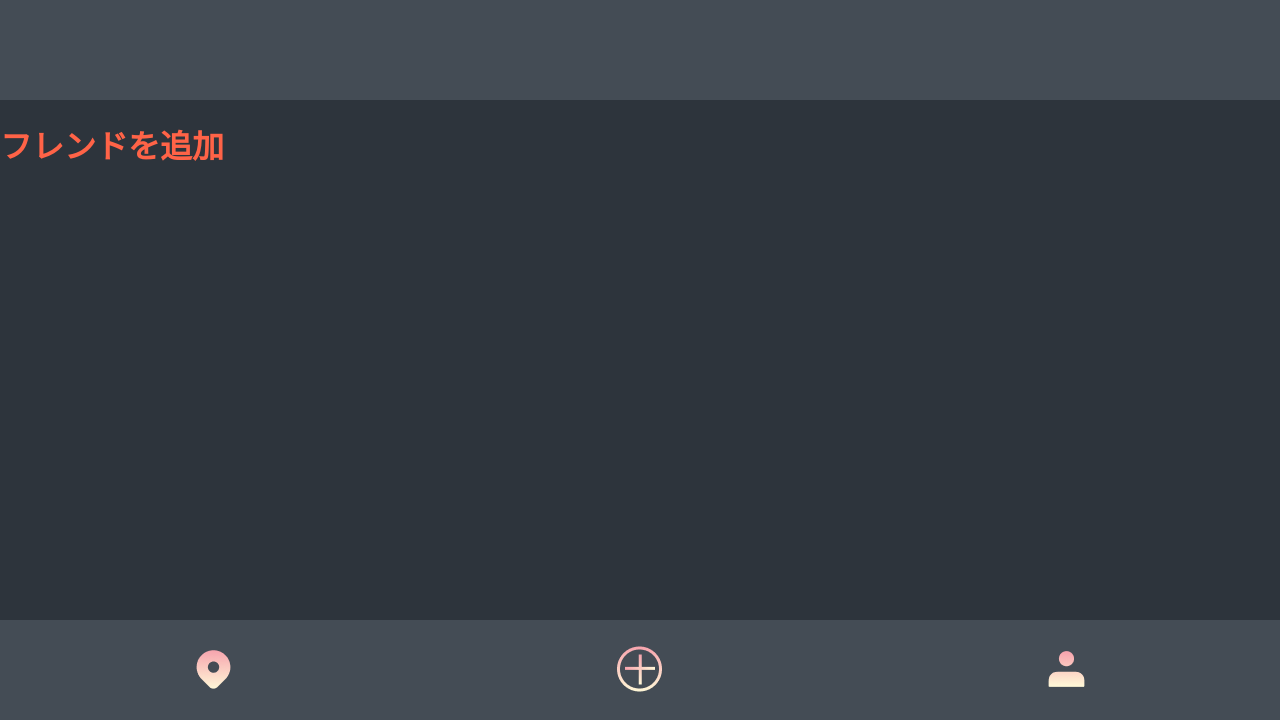
Repository: ren0714poo/respos
Page: addition.html
An editor plug-in stored every save of this project. The page is shown before and after the next save, followed by the edit.
The browser window is 1280 px wide. The pictures show the whole page.

Above is the page before, as saved 2025-07-17 14:31:24.

### addition.html
<!DOCTYPE html>
<html lang="ja">
<head>
  <meta charset="UTF-8">
  <meta name="viewport" content="width=device-width, initial-scale=1.0">
  <title>respos_addition</title>
  <link rel="stylesheet" href="css/addition.css">
</head>
<body>
  <header>
  </header>

  <main>
    <div class="addition">
      <h1>フレンドを追加</h1>
    </div>
  </main>

  <footer>
    <button type="button" id="pin" onclick="location.href='top.html'"><img src="img/tabler_map-pin-filled.png" alt="ピン"></button>
    <button type="button"><img src="img/post.png" alt="投稿"></button>
    <button type="button" id="profile" onclick="location.href='profile.html'"><img src="img/icon-park-solid_people.png" alt="プロフィール"></button>
  </footer>

</body>
</html>

### css/addition.css
@media screen and (max-width:480px){


}

html, body {
  color: white;
  background: #2D343C;
  height: 100%;
  margin: 0;
  padding: 0;
  display: grid;
  grid-template-rows: 100px calc(100vh - 200px) 100px;
  grid-template-areas:
  "header"
  "main"
  "footer"
  ;
}



header{
  width: 100%;
  height: 100px;
  background: #444C55;
  display: flex;
  grid-area: header;
}




main{
  grid-area: main;
}

.addition{
  color: tomato;
  font-size: 16px;
}









footer {
  background: #444C55;
  display: flex;
  justify-content: space-around;
  align-items: center;
}

footer button {
  background: transparent;
  border: none;
}

After the next save:
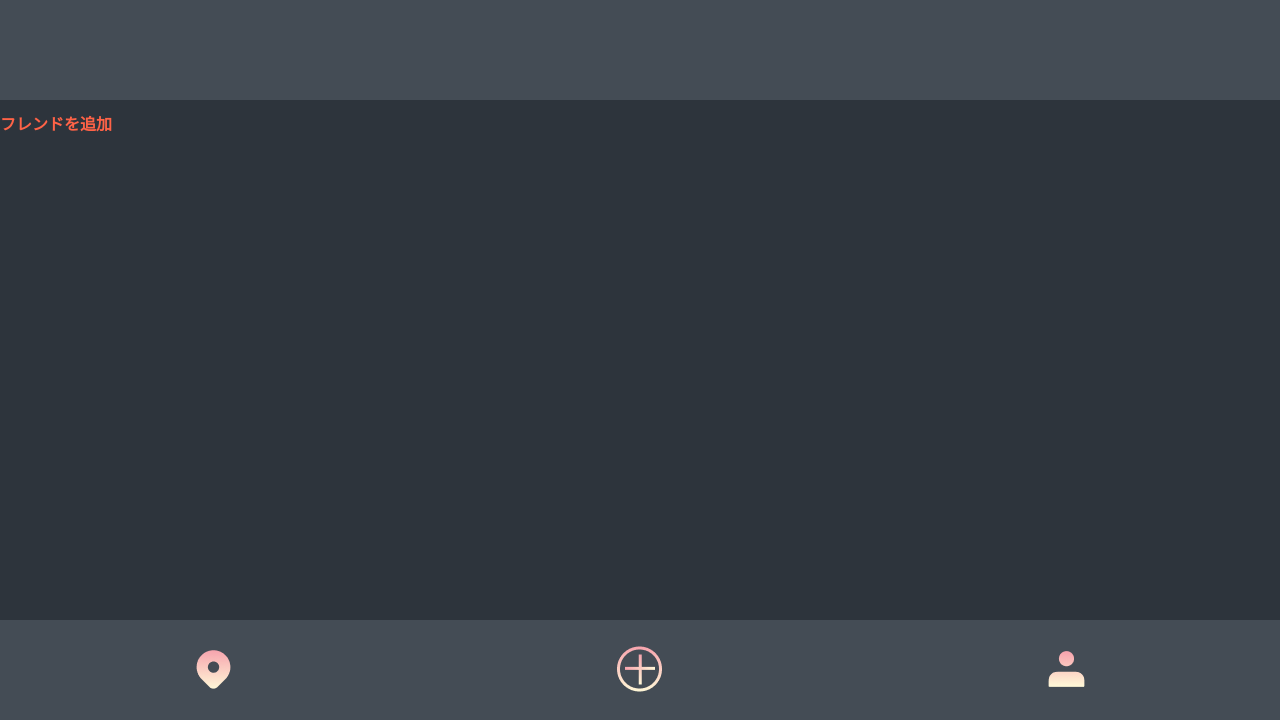
Saved 16 s later.
--- a/css/addition.css
+++ b/css/addition.css
@@ -35,7 +35,7 @@ main{
   grid-area: main;
 }
 
-.addition{
+.addition h1{
   color: tomato;
   font-size: 16px;
 }
